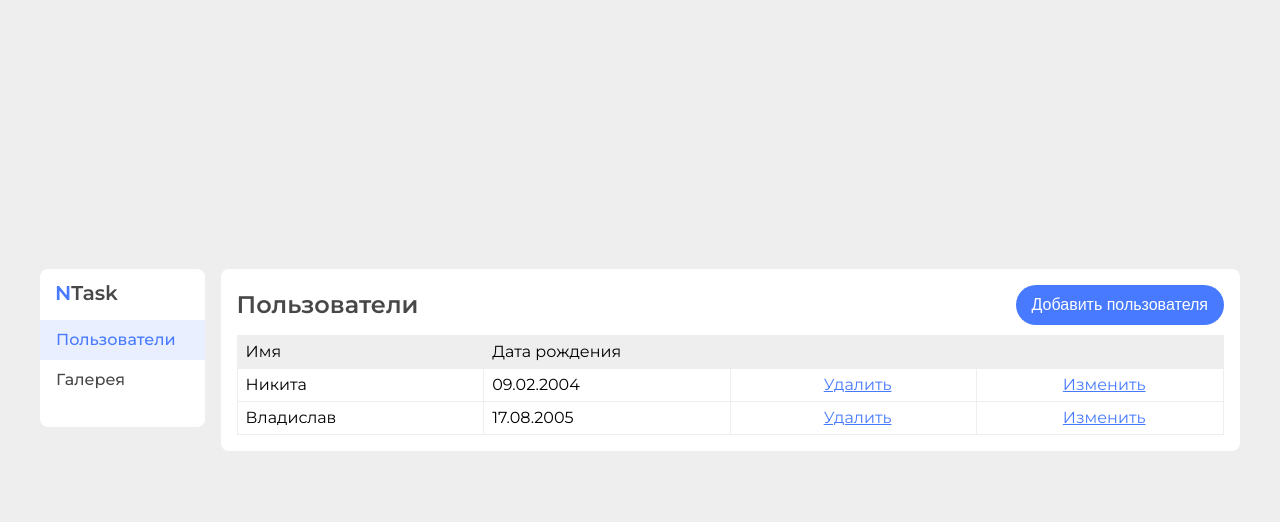
Repository: Grid-Master/NTask
Page: /
The author's editor kept a copy of each file at every save. The page is drawn from the files as they stood at one save, then again after the next save.
The browser window is 1280 px wide. The pictures show the whole page.
The project was rebuilt for these pictures with package versions that can differ from the ones it lists, and the page was loaded fresh each time. Also part of the build but not shown: src/components/gallery/gallery.sass, src/components/gallery/Gallery.tsx, src/components/updateUser/updateUser.sass, src/components/updateUser/UpdateUser.tsx.

Above is the page before, as saved 2023-06-09 20:45:12.

### public/index.html
<!DOCTYPE html>
<html lang="en">
  <head>
    <meta charset="utf-8" />
    <link rel="icon" href="%PUBLIC_URL%/favicon.ico" />
    <meta name="viewport" content="width=device-width, initial-scale=1" />
    <meta name="theme-color" content="#000000" />
    <meta name="description" content="Web site created using create-react-app" />
    <link rel="apple-touch-icon" href="%PUBLIC_URL%/logo192.png" />
    <link rel="preconnect" href="https://fonts.googleapis.com" />
    <link rel="preconnect" href="https://fonts.gstatic.com" crossorigin />
    <link
      href="https://fonts.googleapis.com/css2?family=Montserrat:wght@300;400;500;600;700&display=swap"
      rel="stylesheet" />
    <link rel="manifest" href="%PUBLIC_URL%/manifest.json" />
    <title>React App</title>
  </head>
  <body>
    <noscript>You need to enable JavaScript to run this app.</noscript>
    <div id="root"></div>
  </body>
</html>

### src/index.tsx
import React from 'react';
import ReactDOM from 'react-dom/client';
import { Provider } from 'react-redux';
import './index.css';
import App from './App';
import { BrowserRouter } from 'react-router-dom';
import store from './store';

const root = ReactDOM.createRoot(document.getElementById('root') as HTMLElement);
root.render(
  <React.StrictMode>
    <BrowserRouter>
      <Provider store={store}>
        <App />
      </Provider>
    </BrowserRouter>
  </React.StrictMode>,
);

### src/index.css
html, body, div, span, applet, object, iframe,
h1, h2, h3, h4, h5, h6, p, blockquote, pre,
a, abbr, acronym, address, big, cite, code,
del, dfn, em, img, ins, kbd, q, s, samp,
small, strike, strong, sub, sup, tt, var,
b, u, i, center,
dl, dt, dd, ol, ul, li,
fieldset, form, label, legend,
table, caption, tbody, tfoot, thead, tr, th, td,
article, aside, canvas, details, embed,
figure, figcaption, footer, header, hgroup,
menu, nav, output, ruby, section, summary,
time, mark, audio, video {
	margin: 0;
	padding: 0;
	border: 0;
	font-size: 100%;
	font: inherit;
	vertical-align: baseline;
}
/* HTML5 display-role reset for older browsers */
article, aside, details, figcaption, figure,
footer, header, hgroup, menu, nav, section {
	display: block;
}
body {
	line-height: 1;
}
ol, ul {
	list-style: none;
}
blockquote, q {
	quotes: none;
}
blockquote:before, blockquote:after,
q:before, q:after {
	content: '';
	content: none;
}
table {
	border-collapse: collapse;
}
body {
  margin: 0;
  font-family: Montserrat;
  background: #EEEEEE;
;
}
input {
	font-family: Montserrat;
}

#root {
	display: flex;
	align-items: center;
	justify-content: center;
	height: 100vh;
}

code {
  font-family: source-code-pro, Menlo, Monaco, Consolas, 'Courier New',
    monospace;
}

### src/App.tsx
import './App.css';
import { FC, useEffect } from 'react';
import Navbar from './components/navabar/Navbar';
import UserList from './components/userList/UserList';
import { Routes, Route, useNavigate } from 'react-router-dom';
import Gallery from './components/gallery/Gallery';
import UpdateUser from './components/updateUser/UpdateUser';

const App: FC = () => {
  const navigate = useNavigate();
  useEffect(() => {
    navigate('/NTask/users');
  }, []);

  return (
    <div className="App">
      <Navbar />
      <Routes>
        <Route path="/NTask/users" element={<UserList />} />
        <Route path="/NTask/users/:id" element={<UpdateUser />} />
        <Route path="/NTask/gallery" element={<Gallery />} />
        <Route path="*" element={<h1>Error</h1>} />
      </Routes>
    </div>
  );
};

export default App;

### src/store/index.ts
import { configureStore } from '@reduxjs/toolkit';
import usersReducer from './usersSlice';
import galleryReducer from './gallerySlice';

const store = configureStore({
  reducer: { usersReducer, galleryReducer },
});

export default store;

export type RootState = ReturnType<typeof store.getState>;
export type AppDispatch = typeof store.dispatch;

### src/App.css
.App {

  width: 100%;
  display: flex;
  align-items:start;
  gap: 16px;
  max-width: 1200px;
  margin: 0 auto;
}

@media screen and (max-width: 1200px) {
  .App {
    flex-direction: column;
    max-width: 1000px;
  }
}
@media screen and (max-width: 1000px) {
  .App {
    max-width: 600px;
    padding: 16px;
  }
}
@media screen and (max-width: 600px) {
  .App {
    max-width: calc(320px - 32px);
  }
}

### src/components/navabar/Navbar.tsx
import { FC } from 'react';
import './navbar.sass';
import { useNavigate, useLocation } from 'react-router-dom';
const logo = require('../../images/logo.png');

const Navbar: FC = () => {
  const navigate = useNavigate();
  const { pathname } = useLocation();

  return (
    <div className="navbar">
      <div className="navbar__imagecontainer">
        <img src={logo} alt="logo" />
      </div>
      <div
        className={pathname.includes('/users') ? 'navbar__item navbar__active' : 'navbar__item'}
        onClick={() => navigate('/NTask/users')}>
        Пользователи
      </div>
      <div
        className={pathname.includes('/gallery') ? 'navbar__item navbar__active' : 'navbar__item'}
        onClick={() => navigate('/NTask/gallery')}>
        Галерея
      </div>
    </div>
  );
};

export default Navbar;

### src/components/userList/UserList.tsx
import React, { FC } from 'react';
import { useNavigate } from 'react-router-dom';
import './userList.sass';
import { useAppDispatch, useAppSelector } from '../../store/hooks';
import { removeUser } from '../../store/usersSlice';

const UserList: FC = () => {
  const navigate = useNavigate();
  const users = useAppSelector((state) => state.usersReducer.users);
  const dispatch = useAppDispatch();

  const updateHandler = (router: string) => {
    navigate(router);
    window.scrollTo(0, 0);
  };

  const deleteHandler = (id: number) => {
    dispatch(removeUser(id));
  };

  return (
    <div className="userList">
      <div>
        <h1 className="userList__title">Пользователи</h1>
        <button className="userList__addUserBtn" onClick={() => updateHandler('createuser')}>
          Добавить пользователя
        </button>
      </div>
      <table className="userList__table">
        <tr className="userList__table-info">
          <td>Имя</td>
          <td>Дата рождения</td>
          <td></td>
          <td></td>
        </tr>
        {users.map((user) => (
          <tr key={user.id}>
            <td>{user.name}</td>
            <td>{user.date}</td>
            <td className="userList__table-btn" onClick={() => deleteHandler(user.id)}>
              Удалить
            </td>
            <td className="userList__table-btn" onClick={() => updateHandler(`${user.id}`)}>
              Изменить
            </td>
          </tr>
        ))}
      </table>
    </div>
  );
};

export default UserList;

### src/store/usersSlice.ts
import { createSlice, PayloadAction } from '@reduxjs/toolkit';
import { users } from '../data/users';

export interface IUser {
  id: number;
  name: string;
  date: string;
}

const usersSlice = createSlice({
  name: 'users',
  initialState: {
    users: [...users] as IUser[],
  },
  reducers: {
    addUser(state, action: PayloadAction<IUser>) {
      state.users.push(action.payload);
    },
    updateUser(state, action: PayloadAction<IUser>) {
      let updateUser = state.users.find((user) => user.id === action.payload.id);
      if (updateUser) {
        updateUser.name = action.payload.name;
        updateUser.date = action.payload.date;
      }
      state.users = state.users.map((user) => (user.id === updateUser?.id ? updateUser : user));
    },
    removeUser(state, action: PayloadAction<number>) {
      state.users = state.users.filter((user) => user.id !== action.payload);
    },
  },
});

export const { removeUser, updateUser, addUser } = usersSlice.actions;

export default usersSlice.reducer;

### src/store/gallerySlice.ts
import { createSlice, PayloadAction } from '@reduxjs/toolkit';

export interface IPhoto {
  id: number;
  isSelected: boolean;
  file: any;
}

const gallerySlice = createSlice({
  name: 'users',
  initialState: {
    photos: [] as IPhoto[],
  },
  reducers: {
    addPhoto(state, action: PayloadAction<IPhoto>) {
      state.photos.unshift(action.payload);
    },
    pickPhoto(state, action: PayloadAction<number>) {
      const pickedPhoto = state.photos.findIndex((photo) => photo.id === action.payload);
      console.log(pickedPhoto, 'picked');
      if (pickedPhoto !== -1) {
        state.photos[pickedPhoto] = {
          ...state.photos[pickedPhoto],
          isSelected: !state.photos[pickedPhoto].isSelected,
        };
      }
    },
    removePhotos(state) {
      state.photos = state.photos.filter((photo) => !photo.isSelected);
    },
  },
});

export const { addPhoto, pickPhoto, removePhotos } = gallerySlice.actions;

export default gallerySlice.reducer;

### src/components/navabar/navbar.sass
.navbar
    width: 200px
    height: 158px
    background: #FFFFFF
    border-radius: 8px
    &__imagecontainer
        padding: 16px 0
        margin-left: 16px
    &__item
        padding: 8px 16px
        cursor: pointer
        font-weight: 500
        font-size: 16px
        line-height: 150%
        color: #484848
        transition: .3s
        &:hover
            color: #477AFF

    &__active
        background: #E9EFFF
        color: #477AFF

@media screen and (max-width: 600px)
    .navbar
        width: 288px
        height: 158px

### src/components/userList/userList.sass
.userList
    width: 100%
    background: #FFFFFF
    border-radius: 8px
    padding: 16px
    >div
        display: flex
        align-items: center
        justify-content: space-between
    &__title
        font-weight: 600
        font-size: 24px
        line-height: 150%
        color: #484848
    &__addUserBtn
        font-weight: 500
        font-size: 16px
        line-height: 100%
        color: #FFFFFF
        background: #477AFF
        border-radius: 20px
        padding: 12px 16px
        border: none
        outline: none
        cursor: pointer
        transition: .3s
        &:hover
            opacity: .8
    &__table
        margin-top: 10px
        // width: 952px
        td
            border: 1px solid #EEEEEE
            width: 238px
            text-align: start
            padding: 8px 0
            padding-left: 8px
        &-btn
            cursor: pointer
            text-decoration-line: underline
            color: #477AFF
            transition: .2s
            text-align: center !important
            &:hover
                opacity: .8
        // tr td:nth-child(2)
        //     width: 3000px
        // tr:first-child td:first-child
        //     border-radius: 8px 0 0 0
        // tr:first-child td:last-child
        //     border-radius: 0 8px 0 0
        // tr:last-child td:first-child
        //     border-radius: 0 0 8px 0
        // tr:last-child td:last-child
        //     border-radius: 0 0 0 8px //??
        &-info
            background-color: #EEEEEE
            border-radius: 8px !important

@media screen and (max-width: 1200px)
    .userList
        width: calc( 100% - 32px )
@media screen and (max-width: 600px)
    .userList
        &__table
            display: block
            overflow-x: scroll
            td
                width: 131px
            &::-webkit-scrollbar
                // width: 4px
                scroll-margin-top: 5px
                height: 4px
                border: 1px solid #d5d5d5
            &::-webkit-scrollbar-track
                border-radius: 0
                background: #eeeeee
            &::-webkit-scrollbar-thumb
                border-radius: 0
                background: #b0b0b0
                cursor: pointer
        >div
            flex-direction: column
            align-items: start
        &__title
            margin-bottom: 10px

### src/store/hooks.ts
import { useDispatch, useSelector, TypedUseSelectorHook } from 'react-redux';
import type { RootState, AppDispatch } from '../store';

export const useAppDispatch = () => useDispatch<AppDispatch>();
export const useAppSelector: TypedUseSelectorHook<RootState> = useSelector;

### src/data/users.ts
import { IUser } from '../store/usersSlice';

export const users: IUser[] = [
  {
    id: 1,
    name: 'Никита',
    date: '09.02.2004',
  },
  {
    id: 2,
    name: 'Владислав',
    date: '17.08.2005',
  },
];

After the next save:
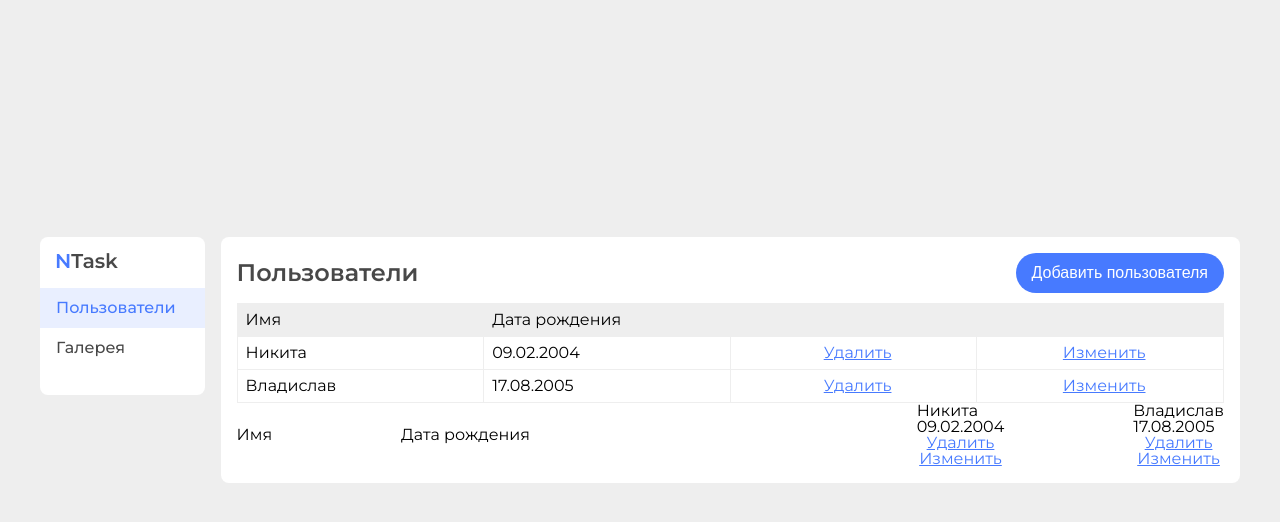
Saved 21 min 4 s later.
--- a/src/components/userList/UserList.tsx
+++ b/src/components/userList/UserList.tsx
@@ -46,6 +46,24 @@ const UserList: FC = () => {
           </tr>
         ))}
       </table>
+      <div>
+        <div>Имя</div>
+        <div>Дата рождения</div>
+        <div></div>
+        <div></div>
+        {users.map((user) => (
+          <tr key={user.id}>
+            <div>{user.name}</div>
+            <div>{user.date}</div>
+            <div className="userList__table-btn" onClick={() => deleteHandler(user.id)}>
+              Удалить
+            </div>
+            <div className="userList__table-btn" onClick={() => updateHandler(`${user.id}`)}>
+              Изменить
+            </div>
+          </tr>
+        ))}
+      </div>
     </div>
   );
 };
